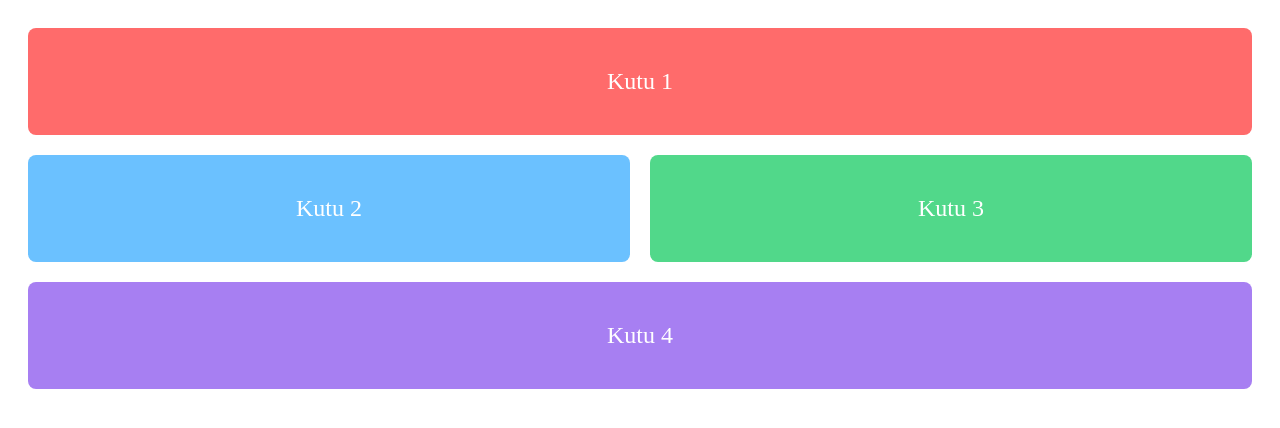
Repository: mertfurkandgn/artpainting
Page: card-1/index.html
The author's editor kept a copy of each file at every save. The page is drawn from the files as they stood at one save, then again after the next save.
The browser window is 1280 px wide. The pictures show the whole page.

Above is the page before, as saved 2025-07-30 21:56:45.

### card-1/index.html
<!DOCTYPE html>
<html lang="en">
  <head>
    <meta charset="UTF-8" />
    <meta name="viewport" content="width=device-width, initial-scale=1.0" />
    <title>Card 1</title>
    <link rel="stylesheet" href="css/style.css" />
  </head>
  <body>
    <main>
      <section class="card-section">
        <div class="container">
          <div class="row">
            <div class="card">
              <div class="grid-container">
  <div class="box box1">Kutu 1</div>
  <div class="box box2">Kutu 2</div>
  <div class="box box3">Kutu 3</div>
  <div class="box box4">Kutu 4</div>
</div>

            </div>
          </div>
        </div>
      </section>
    </main>
  </body>
</html>

### card-1/css/style.css
.grid-container {
  display: grid;
  gap: 20px;
  grid-template-columns: repeat(2, 1fr);
  grid-template-areas:
    "box1 box1"
    "box2 box3"
    "box4 box4";
  padding: 20px;
}

.box {
  padding: 40px;
  color: white;
  font-size: 1.5rem;
  text-align: center;
  border-radius: 8px;
}
/* Renkler ve alanlar */
.box1 {
  background-color: #ff6b6b;
  grid-area: box1;
}

.box2 {
  background-color: #6bc1ff;
  grid-area: box2;
}

.box3 {
  background-color: #51d88a;
  grid-area: box3;
}

.box4 {
  background-color: #a77ff2;
  grid-area: box4;
}

After the next save:
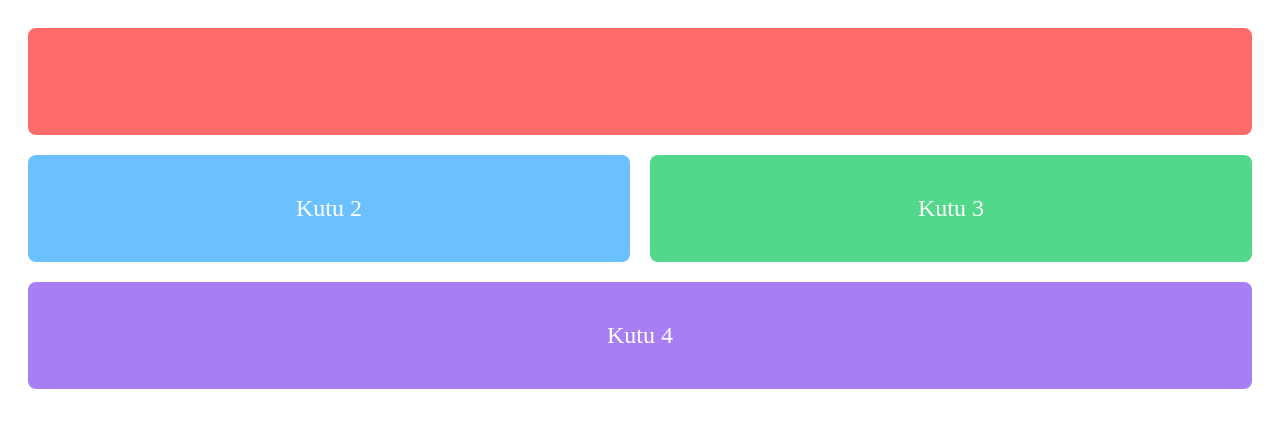
Saved 41 s later.
--- a/card-1/index.html
+++ b/card-1/index.html
@@ -13,7 +13,7 @@
           <div class="row">
             <div class="card">
               <div class="grid-container">
-  <div class="box box1">Kutu 1</div>
+  <div class="box box1"><img src="" alt="" ></div>
   <div class="box box2">Kutu 2</div>
   <div class="box box3">Kutu 3</div>
   <div class="box box4">Kutu 4</div>
